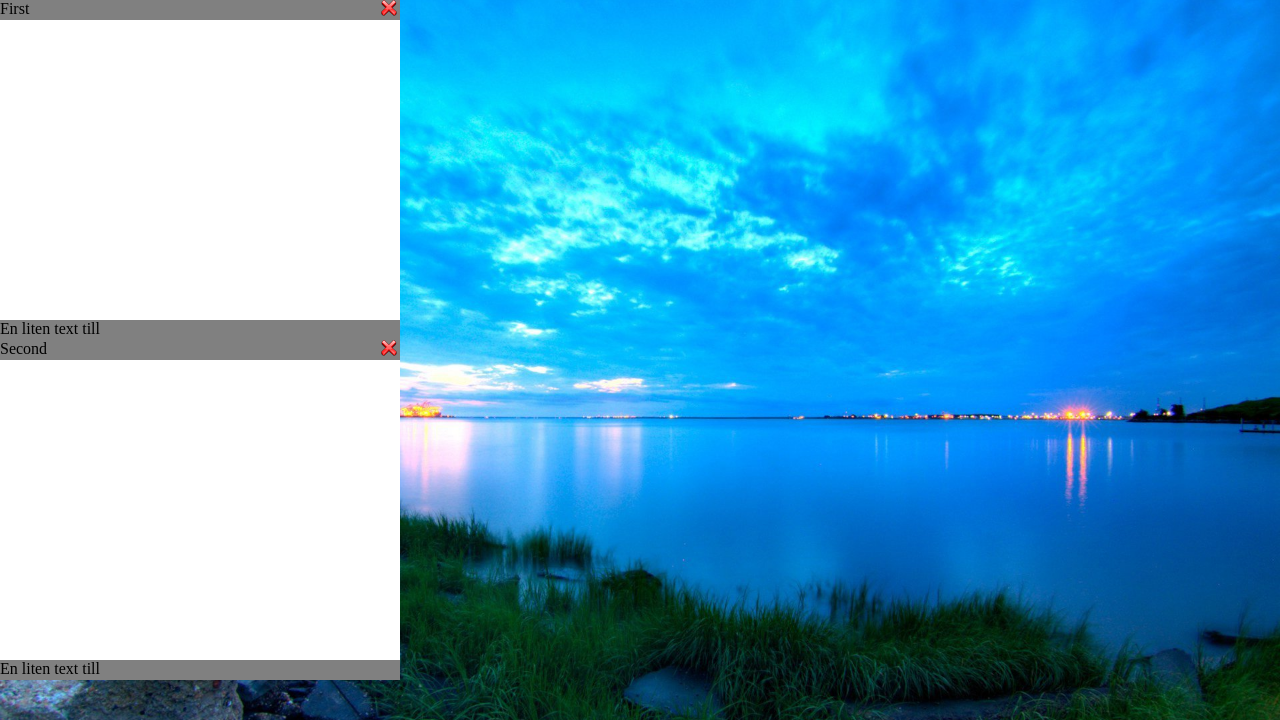
Repository: mc22dg/1dv403-laborationer
Page: Projekt/index.html
The author's editor kept a record of every edit. The page is drawn from the files as they stood at one moment, then again after the next edit.
The browser window is 1280 px wide. The pictures show the whole page.

Above is the page before.

### Projekt/index.html
<!DOCTYPE html>
<html lang="sv">
<head>
	<meta charset="UTF-8" />
 	<title>Martins Projekt 1dv403</title>
 	<link rel="stylesheet" href="style.css"/>

 	<script src="desktop.js"></script>
 	<script src="window.js"></script>
 	<script src="script.js"></script>

</head>
    <body>
        <div id="desktop">


            <template id="template">
                <div class="window">
                    <div class="headline"><div class="title">En liten text</div><img class="close" src ="pics/exit.png"></img></div>
                    <div class="box"></div>
                    <div class="underline"><div class="titel2">En liten text till</div></div>
                </div>




        <div id="start"></div>

        </div>

    </body>
</html>

### Projekt/style.css
html, body
{
    width:100%;
    height:100%;
    margin:0;
    padding:0;

}
#desktop
{
    background-image: url("pics/background.jpg");
    background-size:cover;
    background-position:center;
    width:100%;
    height:100%;

}
.template{

}
.headline{
    background-color:gray;
    width:100%;
    height:20px;

}

.box{
    background-color:white;
    width:100%;
    height:300px;

}
.underline{
    background-color:gray;
    width:100%;
    height:20px;

}
#start{
    background-color:black;
    opacity:0.5;
    width:100%;
    height:40px;
    position:absolute;
    bottom:0px;

}

.window
{
    overflow: hidden;
    width: 400px;
}

.close{
    float:right;
    padding-right:3px;

}

.close:hover{
    transform:scale(1.1,1.1);
    background-color:red;
}

.title{
    float:left;
}

### Projekt/desktop.js
"use strict";

function Desktop()  //Konstruktor
{
    this.element = document.querySelector("#desktop")
}

### Projekt/window.js
"use strict";

function Window(desktop, title)   //Konstruktor
{
    var template = document.querySelector("#template"); //Hämtar template från index.html
    var windowTemplate = template.content.querySelector(".window"); //Hämtar window som ligger i template
    var w = windowTemplate.cloneNode(true); //Clonar det som står i windowTemplate och sätter det på variabeln w

    var titleElement = w.querySelector(".title"); //Title läggs i titleElement
    titleElement.innerHTML = title;
    desktop.element.appendChild(w);

}

### Projekt/script.js
"use script";


window.onload = function(){

    var desk = new Desktop();

    var wind = new Window(desk, "First"); // Första rutan, desk = referens till desktop.js, first = namnet på rutan

    var wind2 = new Window(desk, "Second") // Andra rutan

};

After the next edit:
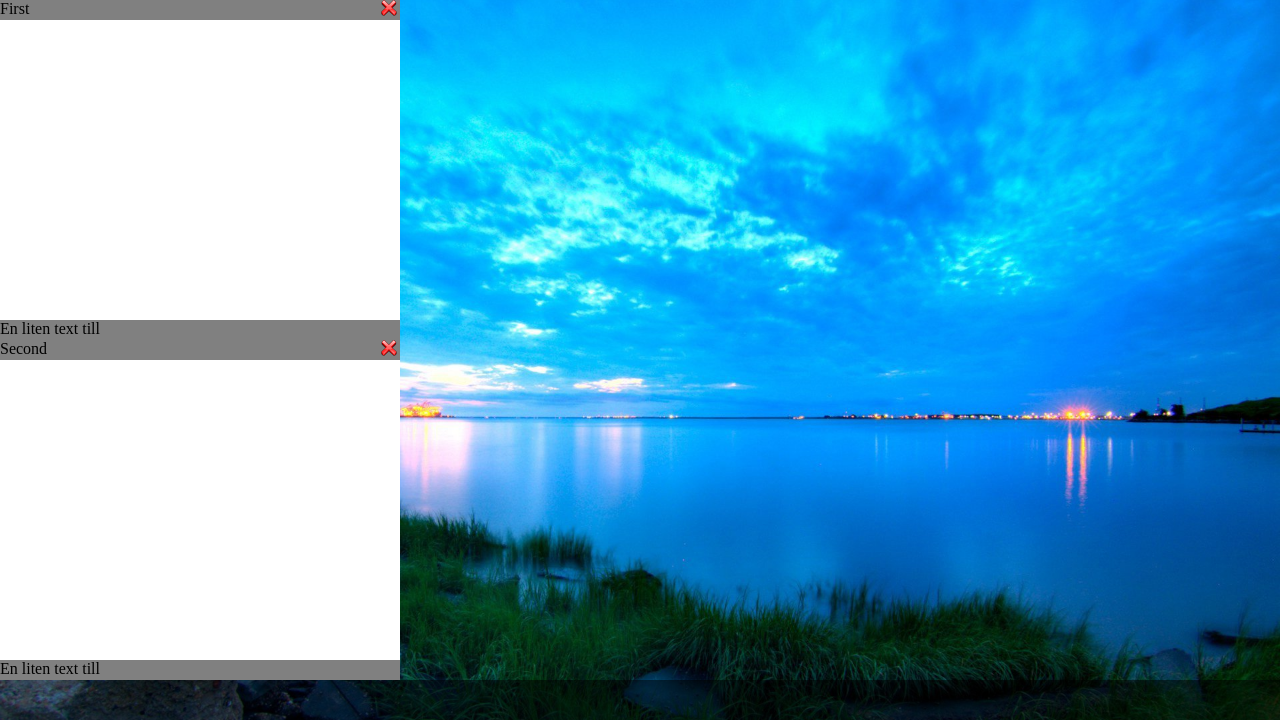
The edit:
--- a/Projekt/index.html
+++ b/Projekt/index.html
@@ -12,19 +12,14 @@
 </head>
     <body>
         <div id="desktop">
-
-
-            <template id="template">
-                <div class="window">
-                    <div class="headline"><div class="title">En liten text</div><img class="close" src ="pics/exit.png"></img></div>
-                    <div class="box"></div>
-                    <div class="underline"><div class="titel2">En liten text till</div></div>
-                </div>
-
-
-
-
-        <div id="start"></div>
+                <template id="template">
+                    <div class="window">
+                        <div class="headline"><div class="title">En liten text</div><img class="close" src ="pics/exit.png"></img></div>
+                        <div class="box"></div>
+                        <div class="underline"><div class="titel2">En liten text till</div></div>
+                    </div>
+                </template>
+            <div id="start"></div>
 
         </div>
 
